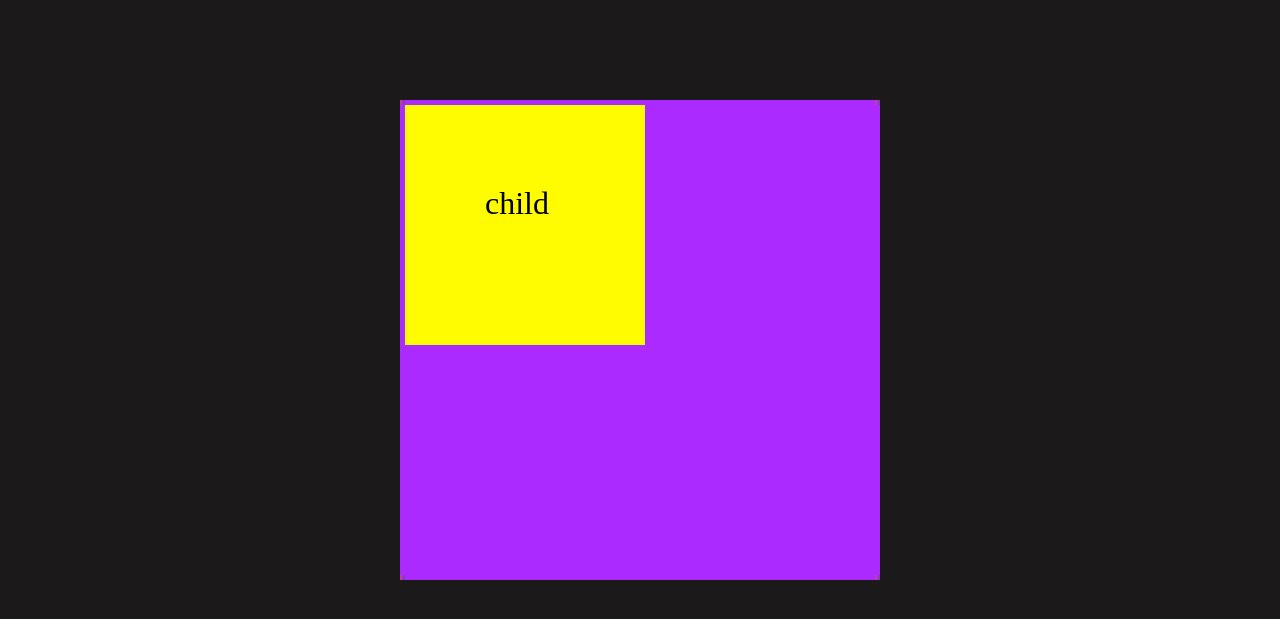
Repository: badhon252/revision
Page: Day-5/index.html
The author's editor kept a copy of each file at every save. The page is drawn from the files as they stood at one save, then again after the next save.
The browser window is 1280 px wide. The pictures show the whole page.

Above is the page before, as saved 2022-02-11 23:13:31.

After the next save:
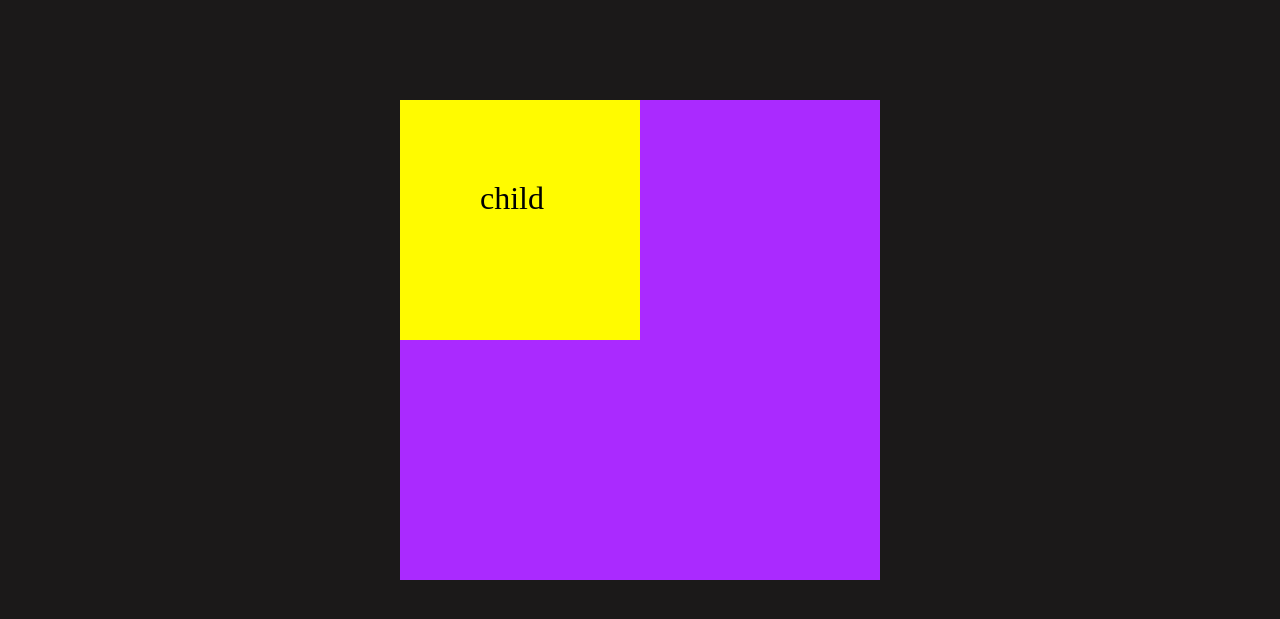
Saved 29 s later.
--- a/Day-5/index.css
+++ b/Day-5/index.css
@@ -17,7 +17,7 @@
     rgb(0, 255, 0)
   ); */
   margin: 100px auto;
-  border: 5px solid rgb(180, 5, 250);
+  border: 5px solid linear-gradient(to left, #743ad5, #d53a9d);
   border-image-source: linear-gradient(to left, #743ad5, #d53a9d);
 }
 

After the save that followed:
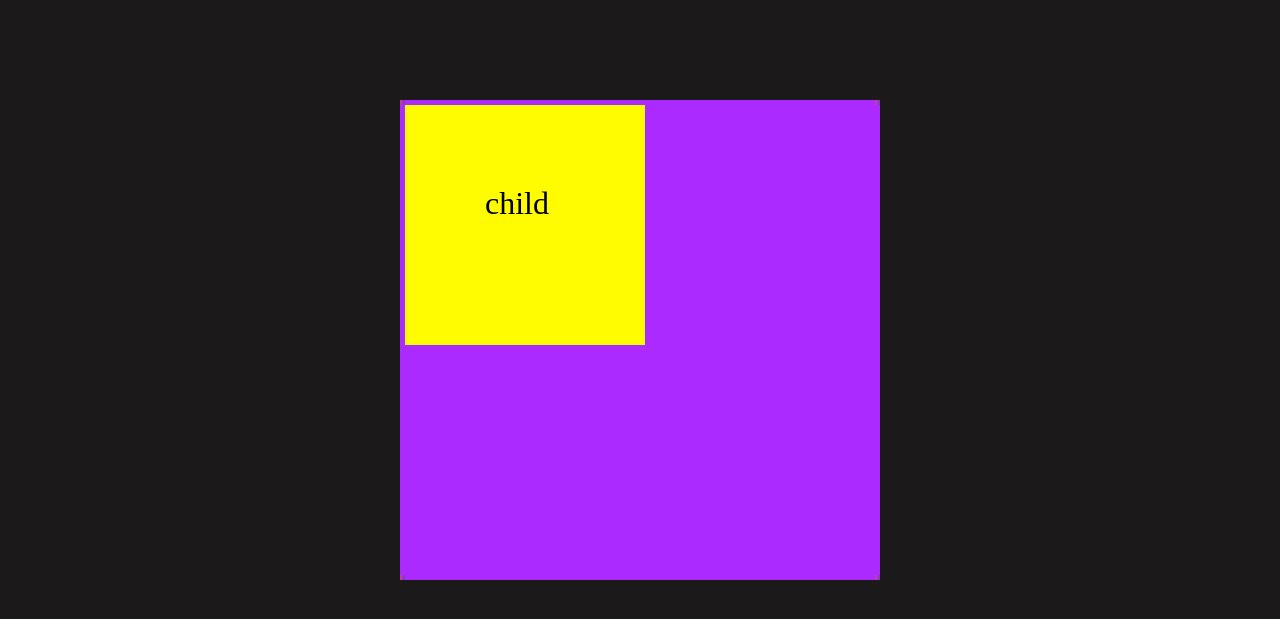
Saved 7 s later.
--- a/Day-5/index.css
+++ b/Day-5/index.css
@@ -17,7 +17,7 @@
     rgb(0, 255, 0)
   ); */
   margin: 100px auto;
-  border: 5px solid linear-gradient(to left, #743ad5, #d53a9d);
+  border: 5px solid;
   border-image-source: linear-gradient(to left, #743ad5, #d53a9d);
 }
 
